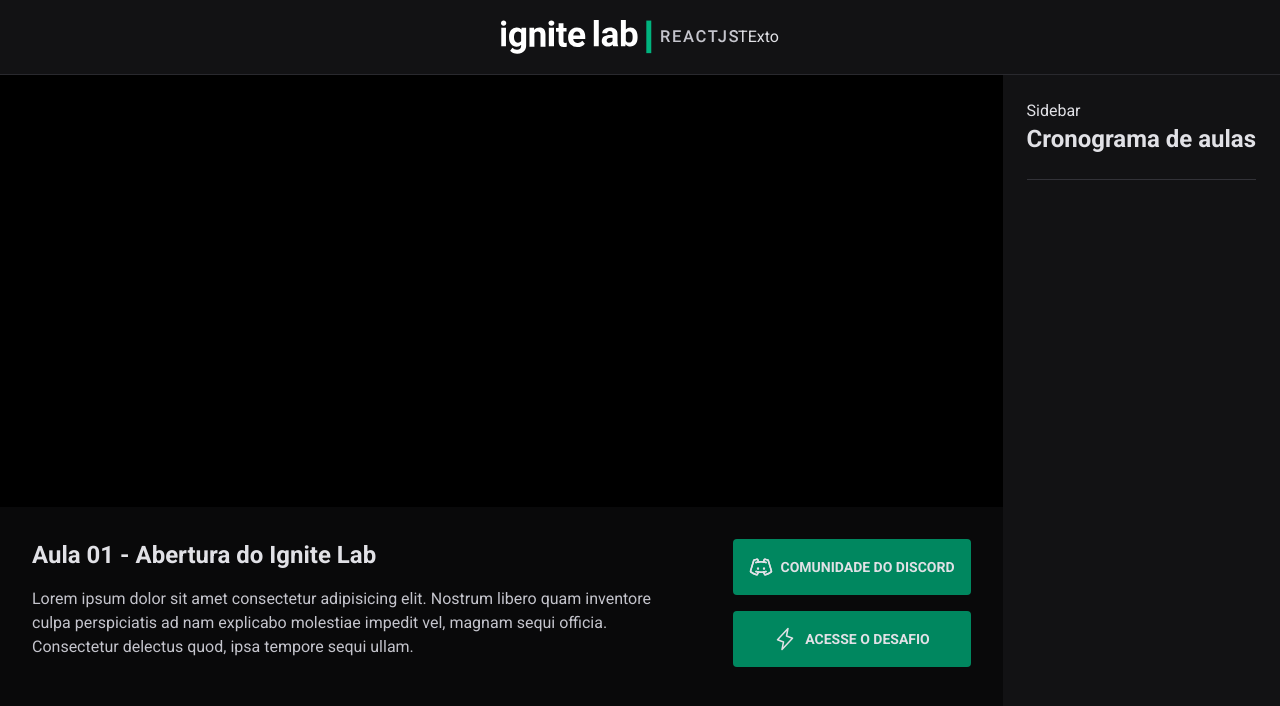
Repository: weltergab/Event_Plataform-IgniteLab
Page: /event
An editor plug-in stored every save of this project. The page is shown before and after the next save, followed by the edit.
The browser window is 1280 px wide. The pictures show the whole page.
The page's requests for data from a server got no answer. The project was rebuilt for these pictures with package versions that can differ from the ones it lists, and the page was loaded fresh each time. No one was signed in, and anything a server would have sent is missing. Also part of the build but not shown: vite.config.ts, src/components/Lesson.tsx.

Above is the page before, as saved 2022-06-25 20:15:31.

After the next save:
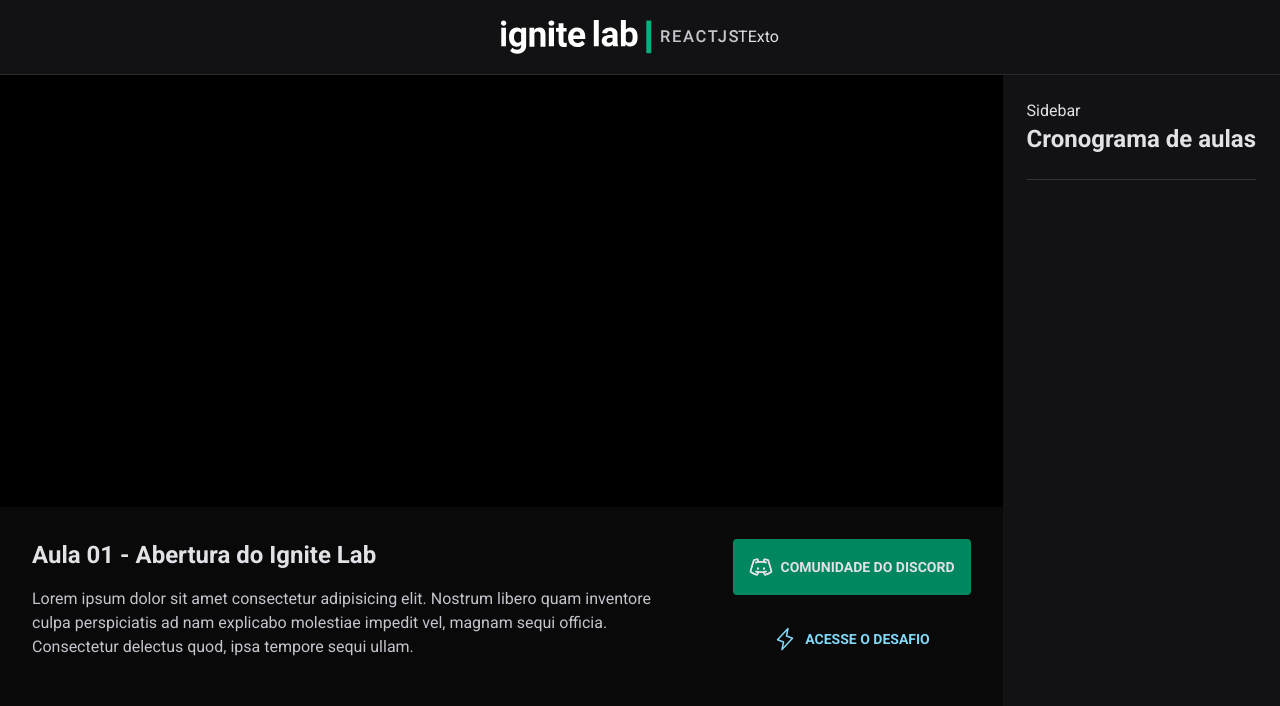
Saved 112 s later.
--- a/src/components/Video.tsx
+++ b/src/components/Video.tsx
@@ -21,7 +21,7 @@
                             <DiscordLogo size={24}/>
                             Comunidade do discord
                         </a>
-                        <a href="" className="p-4 text-sm bg-green-500 flex items-center rounded font-bold uppercase gap-2 justify-center">
+                        <a href="" className="p-4 text-sm border-blue-500 text-blue-500 flex items-center rounded font-bold uppercase gap-2 justify-center">
                             <Lightning size={24}/>
                             Acesse o desafio
                         </a>
